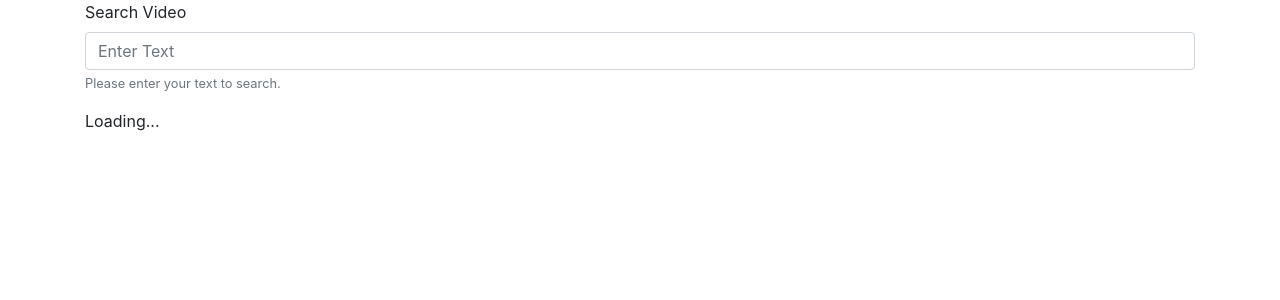
Repository: sushil50889/react-video-search-with-axios
Page: /
These files come from the project's save history. The page is drawn as it stood at one moment and after the next save; the edit follows.
The browser window is 1280 px wide. The pictures show the whole page.
The page's requests for data from a server got no answer. The project was rebuilt for these pictures with package versions that can differ from the ones it lists, and the page was loaded fresh each time. No one was signed in, and anything a server would have sent is missing. Also part of the build but not shown: src/components/main.css, src/components/VideoItem.js.

Above is the page before, as saved 2020-03-22 20:37:01.

After the next save:
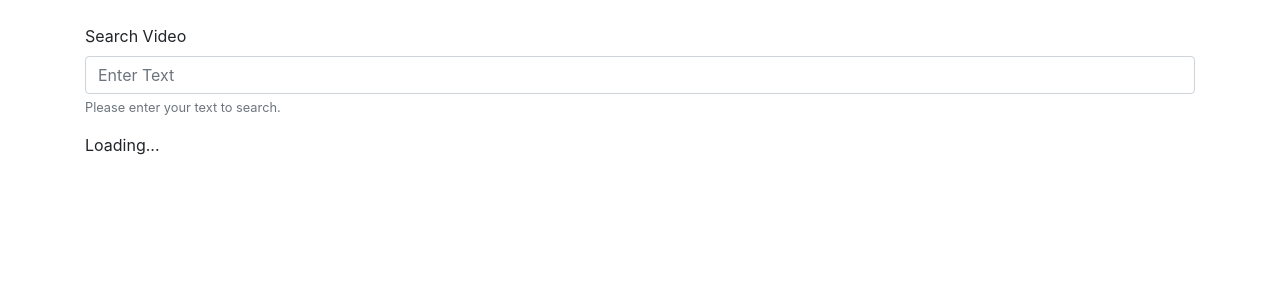
Saved 76 s later.
--- a/src/components/SearchBar.js
+++ b/src/components/SearchBar.js
@@ -19,7 +19,7 @@ class Search extends React.Component {
 
     render() {
         return (
-            <div>
+            <div className="mt-4">
 
                     <Form onSubmit={this.onFormSubmit}>
                         <Form.Group controlId="formBasicEmail">
